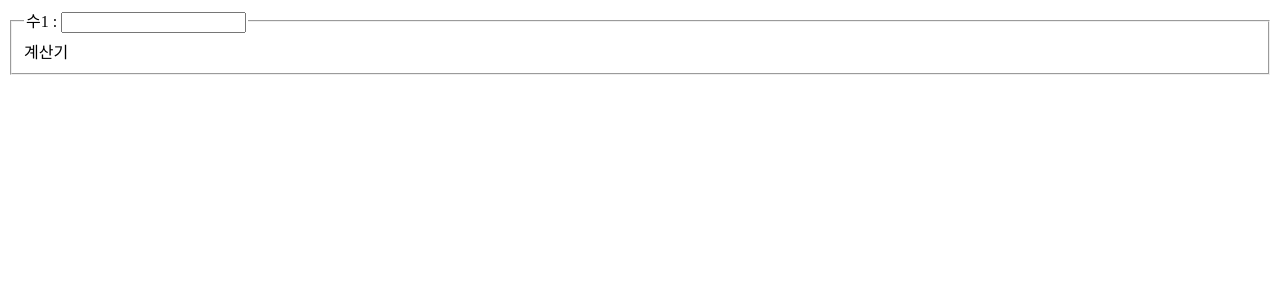
Repository: hagjun/jspstudy
Page: http://localhost/01_servlet/view/ex07.jsp
These files come from the project's save history. The page is drawn as it stood at one moment and after the next save; the edit follows.
The browser window is 1280 px wide. The pictures show the whole page.
The page is served by Tomcat 9.

Above is the page before, as saved 2024-03-04 07:58:11.

After the next save:
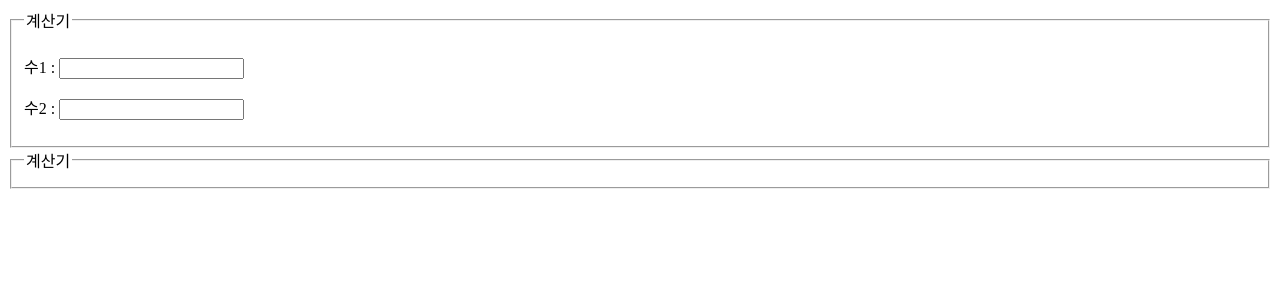
Saved 2 min 22 s later.
--- a/01_servlet/src/main/webapp/view/ex07.jsp
+++ b/01_servlet/src/main/webapp/view/ex07.jsp
@@ -7,9 +7,14 @@
 <title>Insert title here</title>
 </head>
 <body>
-	<fieldset>계산기
-		<legend>수1 : <input type="text" name="su1"></legend>
-		<legend></legend>
+	<fieldset>
+		<legend>계산기</legend>
+		<p>수1 : <input type="number" name="su1" required>
+		<p>수2 : <input type="number" name="su2" required>
+	</fieldset>
+
+	<fieldset>
+		<legend>계산기</legend>
 	</fieldset>
 </body>
 </html>
